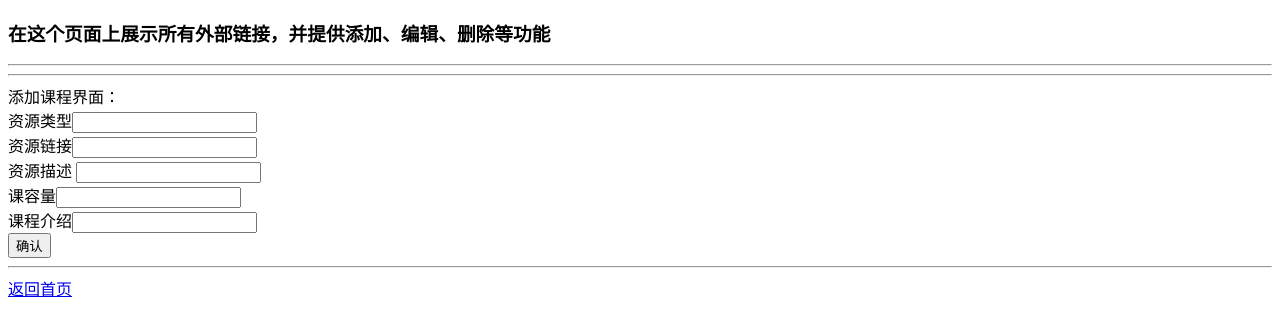
Repository: hbisheng/Academic-portal-website
Page: http://localhost/NewInfo/admin/media_manage.jsp
The author's editor kept a copy of each file at every save. The page is drawn from the files as they stood at one save, then again after a run of saves.
The browser window is 1280 px wide. The pictures show the whole page.
The page is served by Tomcat 9. Other server files are loaded and not shown. Queries for data that is not in the repository find no rows.

Above is the page before, as saved 2014-09-21 14:42:37.

### Java_info/NewInfo/WebContent/admin/media_manage.jsp
<%@page import="edu.thu.cs.*"%>
<%@page import="jdbc.*"%>
<%@page import="java.util.*"%>

<%@ page language="java" contentType="text/html; charset=UTF-8"
    pageEncoding="UTF-8"%>
<!DOCTYPE html PUBLIC "-//W3C//DTD HTML 4.01 Transitional//EN" "http://www.w3.org/TR/html4/loose.dtd">
<html>
<head>
<meta http-equiv="Content-Type" content="text/html; charset=UTF-8">
<title>Insert title here</title>
</head>
<body>

<h3>在这个页面上展示所有外部链接，并提供添加、编辑、删除等功能</h3>


<%
	String this_url = "media_manage.jsp";
	JdbcDao jdbc = new JdbcDao();

	String action = request.getParameter("action");
	System.out.println(action);
	if(action != null)//删除某个课程
	{
		if(action.equals("delete"))
		{

		}
		else if(action.equals("yes_choose"))
		{

		}
	}
%>

<hr>
<%
	List<Integer> c= jdbc.getMediaIndex(0);
	int cnt = 0;
	if(c!=null){
		%><tr><%

		for(Integer i : c)
		{
			++cnt;
			Media media = jdbc.getMedia(i);
			%><td><%=media.content %></td><%
			%><td><%=media.url %></td><%
			%><td><%=media.type%></td><%
		}
		%></tr><%
	}
%>

<hr><form name="添加外部资源"action=<%=this_url%> method="post">添加课程界面：
	<br/>资源类型<input type="text" name="name" />
	<br/>资源链接<input type="text" name="teacher" />
	<br/>资源描述 <input type="text" name="classtime" />
	<br/>课容量<input type="text" name="capacity" />
	<br/>课程介绍<input type="text" name="content" />
	<br/><input type="submit" name="add_confirm" value="确认" />
</form>
<%
	if(request.getParameter("add_confirm")!=null)//发布新课程
	{
		//<br/>课程开始时间<input type="text" name="start_time" /> <br/>课程结束时间<input type="text" name="end_time" />

		System.out.println("in add_confirm");
		try {

			Course tmp = new Course();
			tmp.name = request.getParameter("name");
			tmp.teacher = request.getParameter("teacher");

			tmp.classtime = request.getParameter("classtime");

			if(request.getParameter("capacity")!=null && !request.getParameter("capacity").equals(""))
				tmp.capacity = Integer.parseInt(request.getParameter("capacity"));

			tmp.valid = 1;

			tmp.content = request.getParameter("content");
			tmp.start_time = request.getParameter("start_time");
			tmp.end_time = request.getParameter("end_time");


			int validation = tmp.isValid();
			if(validation == 0)
			{
				%>课程信息没有补全<%
			}
			else if(validation == -1)
			{
				%>上课时间信息不合法<%
			}
			else if(validation == 1)
			{
				int course_id = jdbc.addCourse(tmp);
				System.out.println("加入课程ID！"+course_id);
				response.sendRedirect("../courses/course.jsp?id="+course_id);
			}
		} catch (Exception e) {
			System.out.println(e);
		}
	}
%>


<hr><a href="../home.jsp">返回首页</a>
</body>
</html>

Loaded but not shown: Java_info/NewInfo/src/jdbc/JdbcDao.java (883 lines, source omitted)

After the next 2 saves:
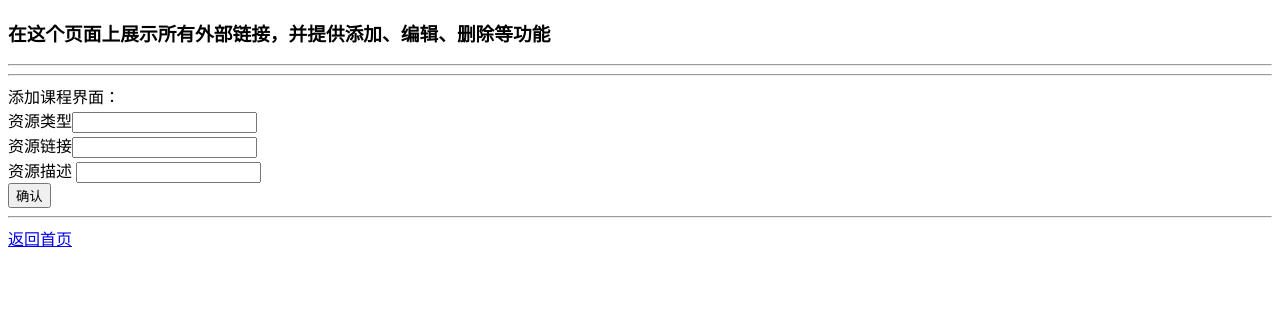
The 2 saves are shown as one change because they came seconds apart.
The last was saved 10 s later.
--- a/Java_info/NewInfo/WebContent/admin/media_manage.jsp
+++ b/Java_info/NewInfo/WebContent/admin/media_manage.jsp
@@ -57,8 +57,6 @@
 	<br/>资源类型<input type="text" name="name" />
 	<br/>资源链接<input type="text" name="teacher" />
 	<br/>资源描述 <input type="text" name="classtime" />
-	<br/>课容量<input type="text" name="capacity" />
-	<br/>课程介绍<input type="text" name="content" />
 	<br/><input type="submit" name="add_confirm" value="确认" />
 </form>
 <%
